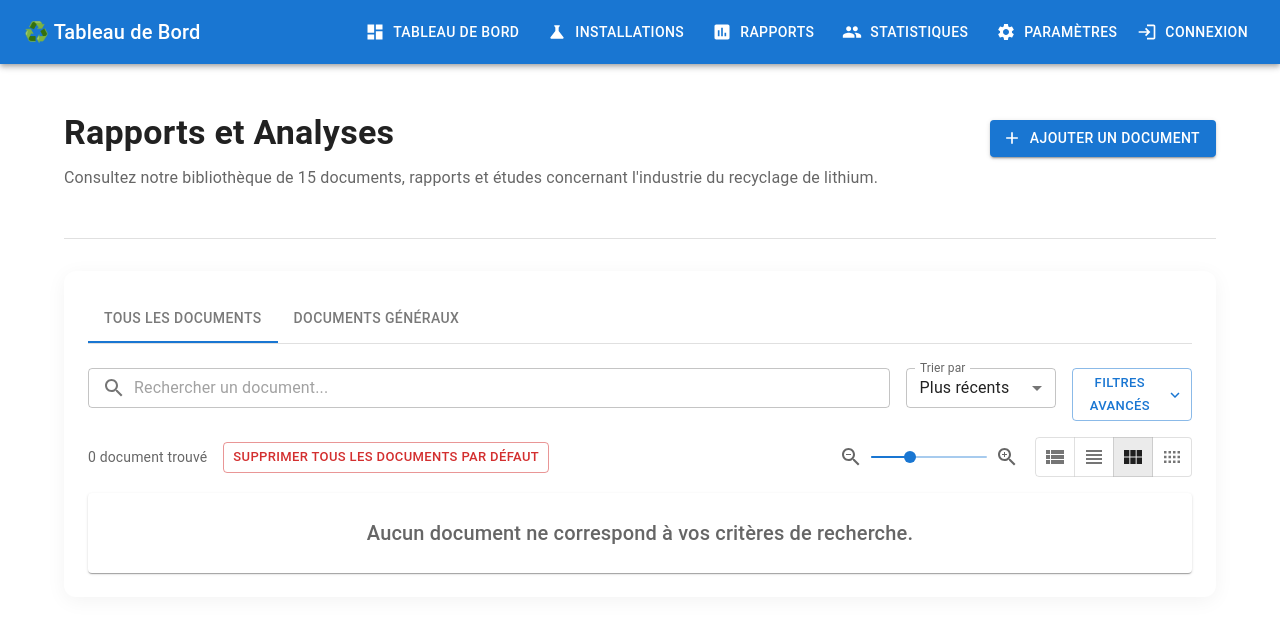
Repository: tofunori/Lithium-Dashboard-Enhanced
Page: /reports (app in frontend/)
An editor plug-in stored every save of this project. The page is shown before and after the next save, followed by the edit.
The browser window is 1280 px wide. The pictures show the whole page.
The project was rebuilt for these pictures with package versions that can differ from the ones it lists, and the page was loaded fresh each time. Also part of the build but not shown: frontend/src/components/MapView.js, frontend/src/data/refineryData.js, frontend/src/components/Dashboard.js, frontend/src/components/Login.js, frontend/src/components/Settings.js, frontend/src/components/FonderieDetail.js, frontend/src/components/UploadDocument.js.

Above is the page before, as saved 2025-03-19 22:00:41.

### frontend/public/index.html
<!DOCTYPE html>
<html lang="en">
  <head>
    <meta charset="utf-8" />
    <link rel="icon" href="%PUBLIC_URL%/favicon.ico" />
    <meta name="viewport" content="width=device-width, initial-scale=1" />
    <meta name="theme-color" content="#000000" />
    <meta
      name="description"
      content="Lithium Dashboard - Recycling Plants Management"
    />
    <link rel="apple-touch-icon" href="%PUBLIC_URL%/logo192.png" />
    <link rel="manifest" href="%PUBLIC_URL%/manifest.json" />
    <title>Lithium Dashboard</title>
  </head>
  <body>
    <noscript>You need to enable JavaScript to run this app.</noscript>
    <div id="root"></div>
  </body>
</html>

### frontend/src/index.js
import React from 'react';
import ReactDOM from 'react-dom/client';
import './index.css';
import App from './App';

// Avant de créer la racine, s'assurer que l'élément n'a pas aria-hidden
const rootElement = document.getElementById('root');
if (rootElement.hasAttribute('aria-hidden')) {
  rootElement.removeAttribute('aria-hidden');
}

const root = ReactDOM.createRoot(rootElement);
root.render(
  <React.StrictMode>
    <App />
  </React.StrictMode>
);

### frontend/src/App.js
import React, { useState, useEffect, createContext, useContext } from 'react';
import { BrowserRouter as Router, Routes, Route, Navigate } from 'react-router-dom';
import { ThemeProvider, createTheme } from '@mui/material/styles';
import CssBaseline from '@mui/material/CssBaseline';
import { Box, Paper, Typography, Grid, FormControl, InputLabel, Select, MenuItem, Switch, FormControlLabel, Button, Divider, Snackbar, Alert } from '@mui/material';
import useTranslation from './hooks/useTranslation';
import { AuthProvider, useAuth } from './contexts/AuthContext';
import DocumentsProvider from './contexts/DocumentsContext';

// Composants
import Dashboard from './components/Dashboard';
import NavBar from './components/NavBar';
import Login from './components/Login';
import Settings from './components/Settings';
import FonderieDetail from './components/FonderieDetail';
import Reports from './components/Reports';

// Contexte pour les paramètres globaux
export const SettingsContext = createContext();

// Hook pour utiliser les paramètres dans tous les composants
export const useSettings = () => useContext(SettingsContext);

// Fonction pour charger les paramètres sauvegardés
const loadSavedSettings = () => {
  try {
    const savedSettings = localStorage.getItem('app_settings');
    return savedSettings ? JSON.parse(savedSettings) : null;
  } catch (error) {
    console.error('Erreur lors du chargement des paramètres:', error);
    return null;
  }
};

// Pages supplémentaires
const Research = () => <Box p={3}>Page de Recherche Collaborative</Box>;
const Collaborators = () => <Box p={3}>Collaborateurs Universitaires</Box>;

// Composant de route privée qui vérifie l'authentification
const PrivateRoute = ({ children }) => {
  const { isAuthenticated } = useAuth();
  return isAuthenticated ? children : <Navigate to="/login" />;
};

// Routes de l'application
function AppRoutes() {
  return (
    <Routes>
      <Route path="/login" element={<Login />} />
      <Route path="/" element={<Dashboard />} />
      <Route path="/research" element={<Research />} />
      <Route path="/reports" element={<Reports />} />
      <Route path="/collaborators" element={<Collaborators />} />
      <Route path="/settings" element={
        <PrivateRoute>
          <Settings />
        </PrivateRoute>
      } />
      <Route path="/fonderie/:fonderieId" element={<FonderieDetail />} />
    </Routes>
  );
}

// Fonction App principale
function App() {
  // Charger les paramètres depuis localStorage ou utiliser les valeurs par défaut
  const [settings, setSettings] = useState(() => {
    const savedSettings = loadSavedSettings();
    return savedSettings || {
      theme: 'light',
      language: 'fr',
      animations: true,
      notifications: true,
      highPerformance: false,
      mapStyle: 'standard',
      defaultZoom: '5',
      showLegend: true,
      markerClustering: true,
      zoomControls: true
    };
  });

  // Mettre à jour les paramètres et les sauvegarder
  const updateSettings = (newSettings) => {
    // Assurez-vous de ne pas écraser d'autres paramètres
    const updatedSettings = { ...settings, ...newSettings };
    setSettings(updatedSettings);

    // Sauvegarder dans localStorage
    try {
      localStorage.setItem('app_settings', JSON.stringify(updatedSettings));
    } catch (error) {
      console.error('Erreur lors de la sauvegarde des paramètres:', error);
    }
  };

  // Créer le thème en fonction des paramètres
  const theme = createTheme({
    palette: {
      mode: settings.theme === 'system'
        ? (window.matchMedia && window.matchMedia('(prefers-color-scheme: dark)').matches ? 'dark' : 'light')
        : settings.theme,
      primary: {
        main: '#1976d2',
      },
      secondary: {
        main: '#dc004e',
      },
    },
  });

  return (
    <SettingsContext.Provider
      value={{
        settings,
        updateSettings
      }}
    >
      <ThemeProvider theme={theme}>
        <CssBaseline />
        <AuthProvider>
          <DocumentsProvider>
            <Router>
              <Box sx={{ display: 'flex', flexDirection: 'column', minHeight: '100vh' }}>
                <NavBar />
                <Box component="main" sx={{ flexGrow: 1, p: { xs: 1, sm: 2 } }}>
                  <AppRoutes />
                </Box>
              </Box>
            </Router>
          </DocumentsProvider>
        </AuthProvider>
      </ThemeProvider>
    </SettingsContext.Provider>
  );
}

export default App;

### frontend/src/hooks/useTranslation.js
import { useContext } from 'react';
import { SettingsContext } from '../App';
import translations from '../translations';

/**
 * Hook personnalisé pour la traduction
 * @returns {function} - Fonction de traduction qui retourne le texte traduit selon la langue actuelle
 */
const useTranslation = () => {
  const { settings } = useContext(SettingsContext) || { settings: { language: 'fr' } };

  // Récupérer la langue actuelle, par défaut français
  const currentLanguage = settings?.language || 'fr';

  // Créer la fonction de traduction
  const t = (key) => {
    // Si la clé n'existe pas, retourner la clé elle-même
    if (!translations[currentLanguage] || !translations[currentLanguage][key]) {
      console.warn(`Traduction manquante: ${key} pour la langue ${currentLanguage}`);

      // Essayer de trouver la clé dans la langue par défaut (fr)
      if (translations.fr && translations.fr[key]) {
        return translations.fr[key];
      }

      return key;
    }

    return translations[currentLanguage][key];
  };

  return { t, currentLanguage };
};

export default useTranslation;

### frontend/src/contexts/AuthContext.js
import React, { createContext, useState, useContext, useEffect } from 'react';
import { supabase } from '../supabase';

// Création du contexte d'authentification
const AuthContext = createContext();

// Hook pour utiliser le contexte d'authentification dans les composants
export const useAuth = () => useContext(AuthContext);

// Fournisseur du contexte d'authentification
export const AuthProvider = ({ children }) => {
  const [currentUser, setCurrentUser] = useState(null);
  const [loading, setLoading] = useState(true);
  const [isAuthenticated, setIsAuthenticated] = useState(false);
  const [userId, setUserId] = useState(null);

  // Vérifier s'il y a un utilisateur au chargement de l'application
  useEffect(() => {
    const checkAuth = async () => {
      try {
        // Vérifier la session Supabase
        const { data: { session } } = await supabase.auth.getSession();

        if (session) {
          setCurrentUser(session.user.email);
          setUserId(session.user.id);
          setIsAuthenticated(true);
        }
      } catch (error) {
        console.error('Erreur lors de la vérification de l\'authentification:', error);
      } finally {
        setLoading(false);
      }
    };

    checkAuth();

    // Écouter les changements d'authentification
    const { data: { subscription } } = supabase.auth.onAuthStateChange(
      (event, session) => {
        if (event === 'SIGNED_IN' && session) {
          setCurrentUser(session.user.email);
          setUserId(session.user.id);
          setIsAuthenticated(true);
        } else if (event === 'SIGNED_OUT') {
          setCurrentUser(null);
          setUserId(null);
          setIsAuthenticated(false);
        }
      }
    );

    return () => {
      subscription.unsubscribe();
    };
  }, []);

  // Fonction de connexion avec Supabase
  const login = async (email, password) => {
    try {
      const { data, error } = await supabase.auth.signInWithPassword({
        email,
        password
      });

      if (error) throw error;

      setCurrentUser(data.user.email);
      setUserId(data.user.id);
      setIsAuthenticated(true);

      return data;
    } catch (error) {
      console.error('Erreur de connexion:', error);
      throw error;
    }
  };

  // Fonction d'inscription avec Supabase
  const signUp = async (email, password) => {
    try {
      const { data, error } = await supabase.auth.signUp({
        email,
        password
      });

      if (error) throw error;

      return data;
    } catch (error) {
      console.error('Erreur d\'inscription:', error);
      throw error;
    }
  };

  // Fonction de déconnexion avec Supabase
  const logout = async () => {
    try {
      const { error } = await supabase.auth.signOut();

      if (error) throw error;

      setCurrentUser(null);
      setUserId(null);
      setIsAuthenticated(false);
    } catch (error) {
      console.error('Erreur de déconnexion:', error);
      throw error;
    }
  };

  // Valeur du contexte
  const value = {
    currentUser,
    userId,
    isAuthenticated,
    login,
    signUp,
    logout,
    loading
  };

  return (
    <AuthContext.Provider value={value}>
      {!loading && children}
    </AuthContext.Provider>
  );
};

export default AuthContext;

### frontend/src/components/NavBar.js
import React from 'react';
import {
  AppBar,
  Toolbar,
  Typography,
  Button,
  IconButton,
  Box,
  Drawer,
  List,
  ListItem,
  ListItemIcon,
  ListItemText,
  useMediaQuery,
  useTheme,
  Avatar,
  Tooltip,
  Chip
} from '@mui/material';
import {
  Menu as MenuIcon,
  Dashboard as DashboardIcon,
  Science as ScienceIcon,
  Assessment as AssessmentIcon,
  Group as GroupIcon,
  Settings as SettingsIcon,
  Login as LoginIcon,
  Logout as LogoutIcon,
  Person as PersonIcon
} from '@mui/icons-material';
import { Link as RouterLink, useNavigate } from 'react-router-dom';
import { useState } from 'react';
import useTranslation from '../hooks/useTranslation';
import { useAuth } from '../contexts/AuthContext';

const NavBar = () => {
  const [drawerOpen, setDrawerOpen] = useState(false);
  const theme = useTheme();
  const isMobile = useMediaQuery(theme.breakpoints.down('md'));
  const { t } = useTranslation();
  const { currentUser, isAuthenticated, logout } = useAuth();
  const navigate = useNavigate();

  const toggleDrawer = (open) => (event) => {
    if (event.type === 'keydown' && (event.key === 'Tab' || event.key === 'Shift')) {
      return;
    }
    setDrawerOpen(open);
  };

  const handleLogout = () => {
    logout();
    navigate('/login');
  };

  const menuItems = [
    { text: t('dashboard'), icon: <DashboardIcon />, path: '/' },
    { text: t('plants'), icon: <ScienceIcon />, path: '/research' },
    { text: t('reports'), icon: <AssessmentIcon />, path: '/reports' },
    { text: t('stats'), icon: <GroupIcon />, path: '/collaborators' },
    { text: t('settings'), icon: <SettingsIcon />, path: '/settings' },
  ];

  const drawer = (
    <Box
      sx={{ width: 250 }}
      role="presentation"
      onClick={toggleDrawer(false)}
      onKeyDown={toggleDrawer(false)}
    >
      <Box sx={{ p: 2, borderBottom: '1px solid rgba(0, 0, 0, 0.12)' }}>
        <Typography variant="h6" component="div">
          Lithium Recycling
        </Typography>
        <Typography variant="subtitle2" color="text.secondary">
          {t('subtitle')}
        </Typography>

        {isAuthenticated && (
          <Box sx={{ mt: 2, display: 'flex', alignItems: 'center' }}>
            <Avatar sx={{ width: 32, height: 32, bgcolor: 'primary.main', mr: 1 }}>
              <PersonIcon fontSize="small" />
            </Avatar>
            <Typography variant="body2">
              {currentUser}
            </Typography>
          </Box>
        )}
      </Box>
      <List>
        {menuItems.map((item) => (
          <ListItem
            button
            key={item.text}
            component={RouterLink}
            to={item.path}
            sx={{
              '&.active': {
                bgcolor: 'rgba(0, 0, 0, 0.08)',
              }
            }}
          >
            <ListItemIcon>
              {item.icon}
            </ListItemIcon>
            <ListItemText primary={item.text} />
          </ListItem>
        ))}

        {isAuthenticated ? (
          <ListItem
            button
            onClick={handleLogout}
            sx={{
              '&.active': {
                bgcolor: 'rgba(0, 0, 0, 0.08)',
              }
            }}
          >
            <ListItemIcon>
              <LogoutIcon />
            </ListItemIcon>
            <ListItemText primary={t('logout')} />
          </ListItem>
        ) : (
          <ListItem
            button
            component={RouterLink}
            to="/login"
            sx={{
              '&.active': {
                bgcolor: 'rgba(0, 0, 0, 0.08)',
              }
            }}
          >
            <ListItemIcon>
              <LoginIcon />
            </ListItemIcon>
            <ListItemText primary={t('login')} />
          </ListItem>
        )}
      </List>
    </Box>
  );

  return (
    <>
      <AppBar position="static">
        <Toolbar>
          {isMobile && (
            <IconButton
              edge="start"
              color="inherit"
              aria-label="menu"
              onClick={toggleDrawer(true)}
              sx={{ mr: 2 }}
            >
              <MenuIcon />
            </IconButton>
          )}

          <Typography variant="h6" component="div" sx={{ flexGrow: 1 }}>
            ♻️ {t('dashboard')}
          </Typography>

          {!isMobile && (
            <Box>
              {menuItems.map((item) => (
                <Button
                  key={item.text}
                  color="inherit"
                  component={RouterLink}
                  to={item.path}
                  startIcon={item.icon}
                  sx={{ mx: 1 }}
                >
                  {item.text}
                </Button>
              ))}
            </Box>
          )}

          {isAuthenticated ? (
            <Box sx={{ display: 'flex', alignItems: 'center' }}>
              <Chip
                avatar={<Avatar><PersonIcon fontSize="small" /></Avatar>}
                label={currentUser}
                variant="outlined"
                color="primary"
                sx={{
                  mr: 2,
                  color: 'white',
                  borderColor: 'rgba(255,255,255,0.5)',
                  '& .MuiAvatar-root': { bgcolor: 'primary.dark' }
                }}
              />
              <Tooltip title={t('logout')}>
                <Button
                  color="inherit"
                  onClick={handleLogout}
                  startIcon={<LogoutIcon />}
                >
                  {t('logout')}
                </Button>
              </Tooltip>
            </Box>
          ) : (
            <Button
              color="inherit"
              component={RouterLink}
              to="/login"
              startIcon={<LoginIcon />}
            >
              {t('login')}
            </Button>
          )}
        </Toolbar>
      </AppBar>

      <Drawer
        anchor="left"
        open={drawerOpen}
        onClose={toggleDrawer(false)}
      >
        {drawer}
      </Drawer>
    </>
  );
};

export default NavBar;

### frontend/src/components/Reports.js
import React, { useState } from 'react';
import {
  Container,
  Typography,
  Box,
  Paper,
  Divider,
  Grid,
  Button,
  Dialog,
  DialogContent,
  DialogTitle,
  IconButton
} from '@mui/material';
import AddIcon from '@mui/icons-material/Add';
import CloseIcon from '@mui/icons-material/Close';
import useTranslation from '../hooks/useTranslation';
import ReportsView from './ReportsView';
import UploadDocument from './UploadDocument';
import { reportsData } from '../data/reportsData';

const Reports = () => {
  const { t } = useTranslation();
  const [openUploadDialog, setOpenUploadDialog] = useState(false);

  // Compter le nombre total de rapports (généraux + spécifiques)
  const getTotalReportsCount = () => {
    let count = reportsData.general_reports.length;

    Object.values(reportsData.foundry_reports).forEach(foundryReports => {
      count += foundryReports.length;
    });

    return count;
  };

  // Gérer l'ouverture et la fermeture du dialog d'upload
  const handleOpenUploadDialog = () => {
    setOpenUploadDialog(true);
  };

  const handleCloseUploadDialog = () => {
    setOpenUploadDialog(false);
  };

  return (
    <Container maxWidth="lg" sx={{ py: 4 }}>
      <Box sx={{ mb: 4, display: 'flex', justifyContent: 'space-between', alignItems: 'flex-start' }}>
        <Box>
          <Typography variant="h4" component="h1" fontWeight="600" gutterBottom>
            Rapports et Analyses
          </Typography>
          <Typography variant="body1" color="text.secondary" sx={{ mb: 2 }}>
            Consultez notre bibliothèque de {getTotalReportsCount()} documents, rapports et études concernant l'industrie du recyclage de lithium.
          </Typography>
        </Box>

        <Button
          variant="contained"
          startIcon={<AddIcon />}
          onClick={handleOpenUploadDialog}
          sx={{ mt: 1 }}
        >
          Ajouter un document
        </Button>
      </Box>

      <Divider sx={{ mb: 4 }} />

      <Grid container spacing={4}>
        <Grid item xs={12}>
          <Paper
            elevation={0}
            sx={{
              p: 3,
              borderRadius: '12px',
              boxShadow: '0 4px 20px rgba(0, 0, 0, 0.05)'
            }}
          >
            <ReportsView />
          </Paper>
        </Grid>
      </Grid>

      {/* Dialog pour l'upload de document */}
      <Dialog
        open={openUploadDialog}
        onClose={handleCloseUploadDialog}
        maxWidth="md"
        fullWidth
      >
        <DialogTitle>
          <Box sx={{ display: 'flex', justifyContent: 'space-between', alignItems: 'center' }}>
            <Typography variant="h6">Ajouter un document</Typography>
            <IconButton onClick={handleCloseUploadDialog} size="small">
              <CloseIcon />
            </IconButton>
          </Box>
        </DialogTitle>
        <DialogContent dividers>
          <UploadDocument onUploadSuccess={() => {
            // Fermer le dialog après un téléchargement réussi
            setTimeout(() => {
              handleCloseUploadDialog();
            }, 1500); // Attendre un peu pour que l'utilisateur voie la notification de succès
          }} />
        </DialogContent>
      </Dialog>
    </Container>
  );
};

export default Reports;

### frontend/src/supabase.js
import { createClient } from '@supabase/supabase-js';

// Configuration Supabase
// Pour un projet de production, ces valeurs devraient être dans des variables d'environnement
const supabaseUrl = 'https://fbtdevwyrwyqdrwxcyno.supabase.co';
const supabaseKey = 'eyJhbGciOiJIUzI1NiIsInR5cCI6IkpXVCJ9.eyJpc3MiOiJzdXBhYmFzZSIsInJlZiI6ImZidGRldnd5cnd5cWRyd3hjeW5vIiwicm9sZSI6ImFub24iLCJpYXQiOjE3NDI0MTgwNDMsImV4cCI6MjA1Nzk5NDA0M30._0P4bz3_1qNHIBQSArqNIKCi8lpZglStUH8Ce-arUts';

// Créer le client Supabase
const supabase = createClient(supabaseUrl, supabaseKey);

// Vérifier si la connexion est établie
supabase.auth.getSession().then(({ data, error }) => {
  if (error) {
    console.error('Erreur de connexion à Supabase:', error);
  } else {
    console.log('Connexion à Supabase établie:', data.session ? 'authentifié' : 'non authentifié');
  }
});

// Fonction pour créer des noms de fichiers sécurisés
export const createSafeFileName = (originalName) => {
  const timestamp = Date.now();
  const safeFileName = originalName.replace(/[^a-zA-Z0-9.-]/g, '_');
  return `document_${timestamp}_${safeFileName}`;
};

// Exporter le client
export { supabase };

### frontend/src/firebase.js
// Configuration Firebase de base
import { initializeApp } from "firebase/app";
import { getStorage } from "firebase/storage";
// import { getAnalytics } from "firebase/analytics"; // Désactivé pour le moment

// Configuration Firebase
const firebaseConfig = {
  apiKey: "AIzaSyAxKoyOLiNvBxHFFIs-M6lBs_cfcVvWR0Y",
  authDomain: "leafy-bulwark-442103-e7.firebaseapp.com",
  databaseURL: "https://leafy-bulwark-442103-e7-default-rtdb.firebaseio.com",
  projectId: "leafy-bulwark-442103-e7",
  storageBucket: "leafy-bulwark-442103-e7.appspot.com",
  messagingSenderId: "700446305381",
  appId: "1:700446305381:web:24883b4443894d852eaa8c",
  measurementId: "G-23MMQLCK9Q"
};

// Initialiser Firebase
console.log("Initialisation de Firebase...");
const app = initializeApp(firebaseConfig);
// const analytics = getAnalytics(app); // Désactivé pour le moment

// Initialiser Storage
console.log("Initialisation de Firebase Storage...");
const storage = getStorage(app);

console.log("Firebase initialisé avec succès!");

export { storage };

Loaded but not shown: frontend/src/index.css (common file); frontend/src/components/ReportsView.js (997 lines, source omitted); frontend/src/contexts/DocumentsContext.js (330 lines, source omitted); frontend/src/translations.js (277 lines, source omitted); frontend/src/data/reportsData.js (193 lines, source omitted)

After the next save:
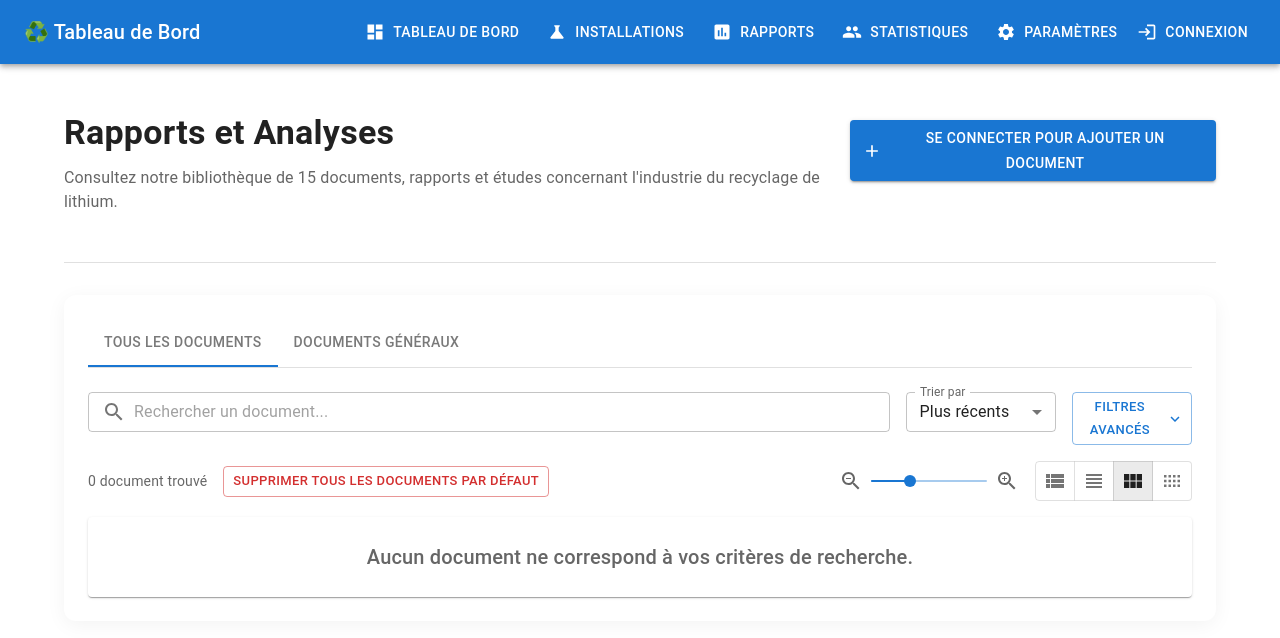
Saved 41 s later.
--- a/frontend/src/components/Reports.js
+++ b/frontend/src/components/Reports.js
@@ -14,13 +14,17 @@ import {
 } from '@mui/material';
 import AddIcon from '@mui/icons-material/Add';
 import CloseIcon from '@mui/icons-material/Close';
+import { useNavigate } from 'react-router-dom';
 import useTranslation from '../hooks/useTranslation';
 import ReportsView from './ReportsView';
 import UploadDocument from './UploadDocument';
 import { reportsData } from '../data/reportsData';
+import { useAuth } from '../contexts/AuthContext';
 
 const Reports = () => {
   const { t } = useTranslation();
+  const { isAuthenticated } = useAuth();
+  const navigate = useNavigate();
   const [openUploadDialog, setOpenUploadDialog] = useState(false);
 
   // Compter le nombre total de rapports (généraux + spécifiques)
@@ -36,6 +40,13 @@ const Reports = () => {
 
   // Gérer l'ouverture et la fermeture du dialog d'upload
   const handleOpenUploadDialog = () => {
+    // Vérifier si l'utilisateur est connecté
+    if (!isAuthenticated) {
+      // Rediriger vers la page de connexion
+      navigate('/login', { state: { from: { pathname: '/reports' } } });
+      return;
+    }
+
     setOpenUploadDialog(true);
   };
 
@@ -61,7 +72,7 @@ const Reports = () => {
           onClick={handleOpenUploadDialog}
           sx={{ mt: 1 }}
         >
-          Ajouter un document
+          {isAuthenticated ? 'Ajouter un document' : 'Se connecter pour ajouter un document'}
         </Button>
       </Box>
 
